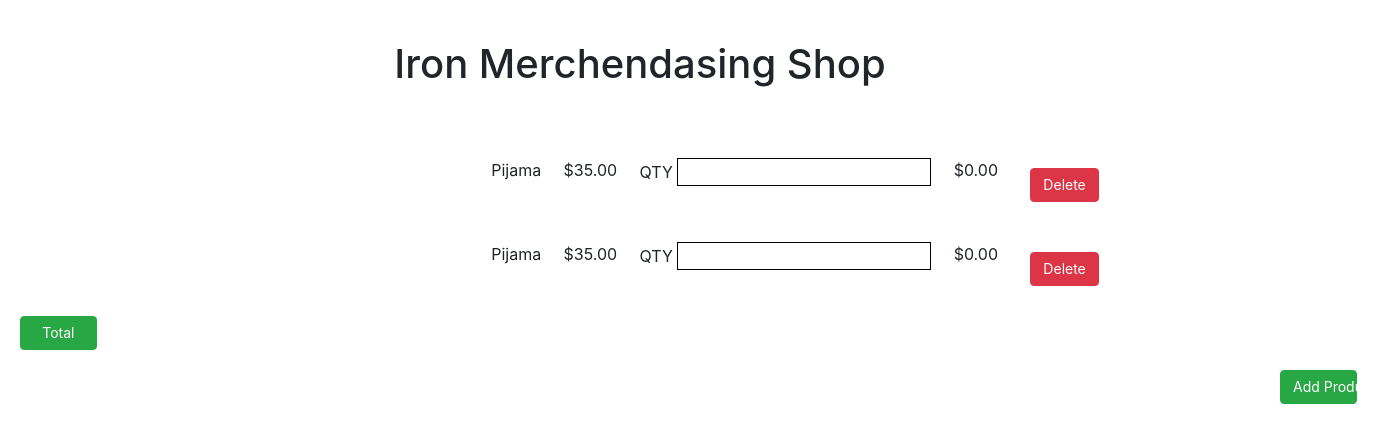
Repository: konstantin0s/lab-cart-DOM
Page: index.html
The author's editor kept a copy of each file at every save. The page is drawn from the files as they stood at one save, then again after the next save.
The browser window is 1280 px wide. The page is 1376 px wide, so the pictures cover 1376 px, including what lies to the right of the window. The pictures show the whole page.
Some web libraries are served in a nearby version.

Above is the page before, as saved 2019-02-03 09:45:34.
Console error: ReferenceError: getTotalPrice is not defined

After the next save:
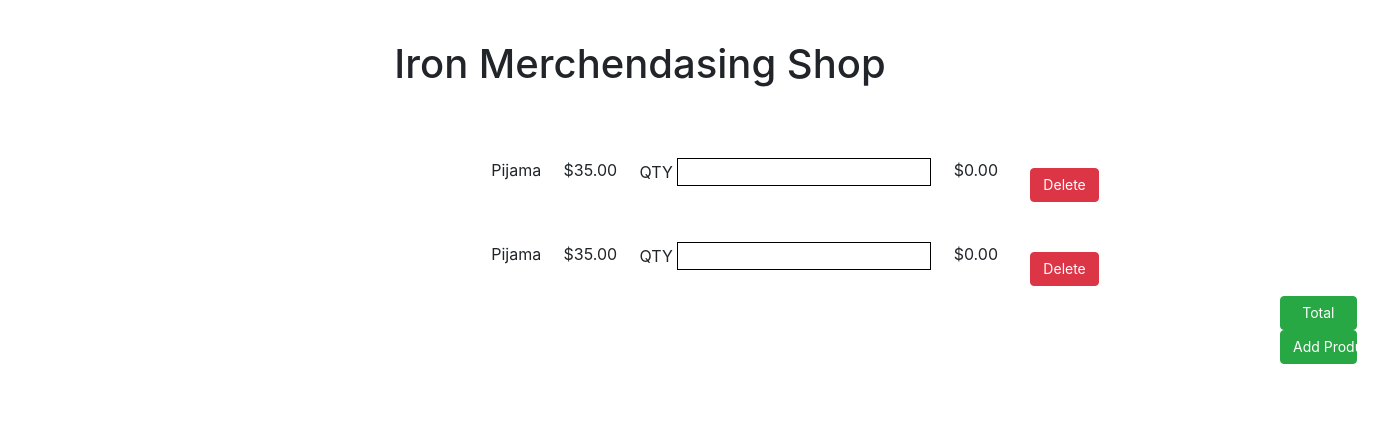
Saved 20 s later.
--- a/css/style.css
+++ b/css/style.css
@@ -66,10 +66,7 @@ input {
   margin: 10px;
 }
 
-.container-2 {
-  display: flex;
 
-}
 
 /* add total & product container */
 .addBC-container {
@@ -87,7 +84,7 @@ input {
 
 /* total button*/
 .calculate {
-  margin: 20px;
+  margin-left: 1280px;
   display: flex;
   flex-direction: column;
   width: 6%;
